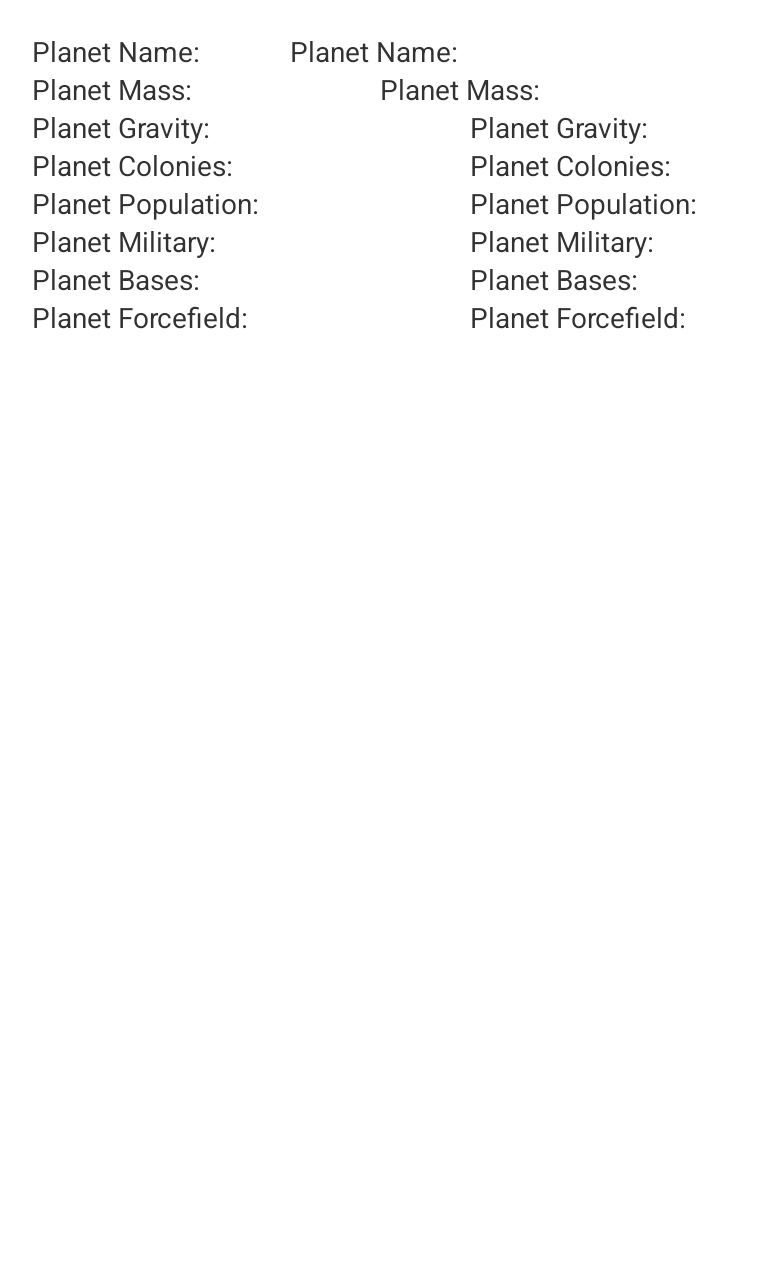
Repository: blender-head/android_basic
Layout: Hello_World/res/layout/activity_main.xml
The author's editor kept a copy of each file at every save. The layout is drawn from the files as they stood at one save, then again after the next save.
It is drawn on a 768 x 1280 px phone screen (xhdpi) without system bars, with theme AppTheme; the app's code is not run. The app's manifest (not shown) leaves right-to-left support off. So textAlignment, textDirection and layoutDirection are ignored, and left and right values win over start and end ones.

Above is the layout before, as saved 2013-12-31 15:59:11.

After the next save:
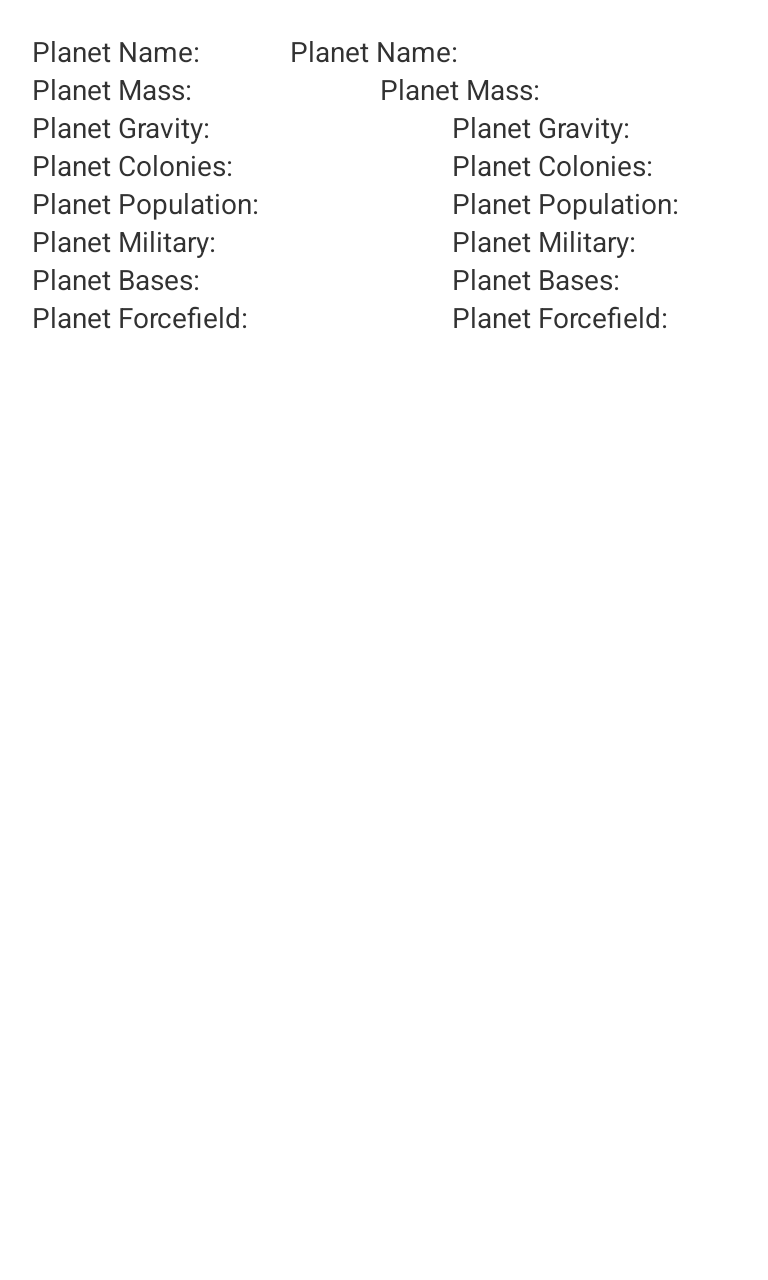
Saved 41 s later.
--- a/Hello_World/res/layout/activity_main.xml
+++ b/Hello_World/res/layout/activity_main.xml
@@ -59,7 +59,7 @@
         android:layout_below="@+id/dataView2"
         android:layout_width="wrap_content"
         android:layout_height="wrap_content"
-        android:layout_marginLeft="45dip"
+        android:layout_marginLeft="36dip"
         android:text="@string/planet_gravity_label" />
 
 	<!-- Planet Colonies label -->
